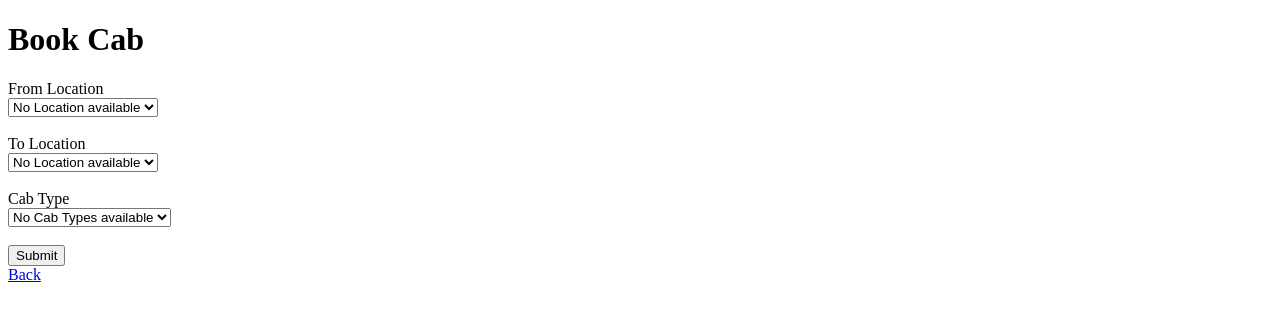
Repository: SumanaDasFullStack/CourseEndProject
Page: http://localhost/book
These files come from the project's save history. The page is drawn as it stood at one moment and after the next save; the edit follows.
The browser window is 1280 px wide. The pictures show the whole page.
The page is this project's Thymeleaf template; nobody is signed in. The template is opened directly, without the code that normally fills it, so the values that code supplies are empty.

Above is the page before, as saved 2024-10-30 10:26:53.

After the next save:
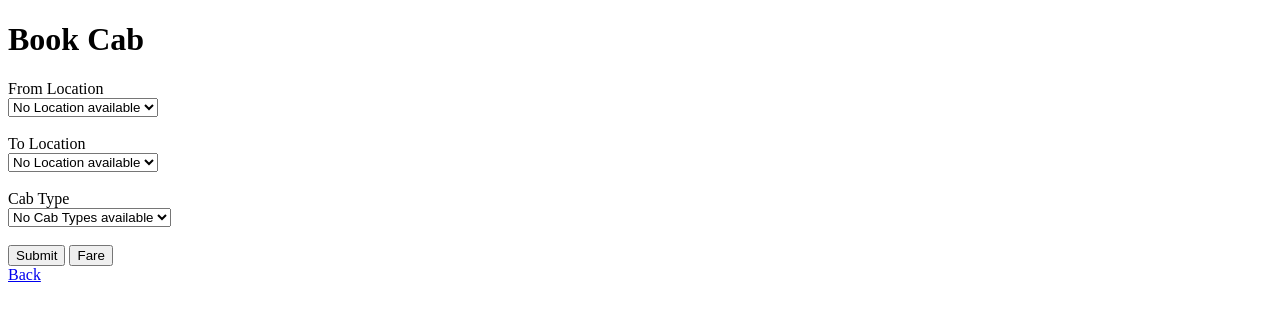
Saved 3 min 47 s later.
--- a/cab-booking-microservice/src/main/resources/templates/book.html
+++ b/cab-booking-microservice/src/main/resources/templates/book.html
@@ -40,8 +40,8 @@
         </select>
 
 <br/><br/>
-<input type="submit" th:value="Submit" name="b1"/>
-
+<input type="submit" th:value="Submit" name="action" value="b1"/>
+<input type="submit" th:value="Fare" name="action" value="b2"/>
 <br/>
 </form>
 
